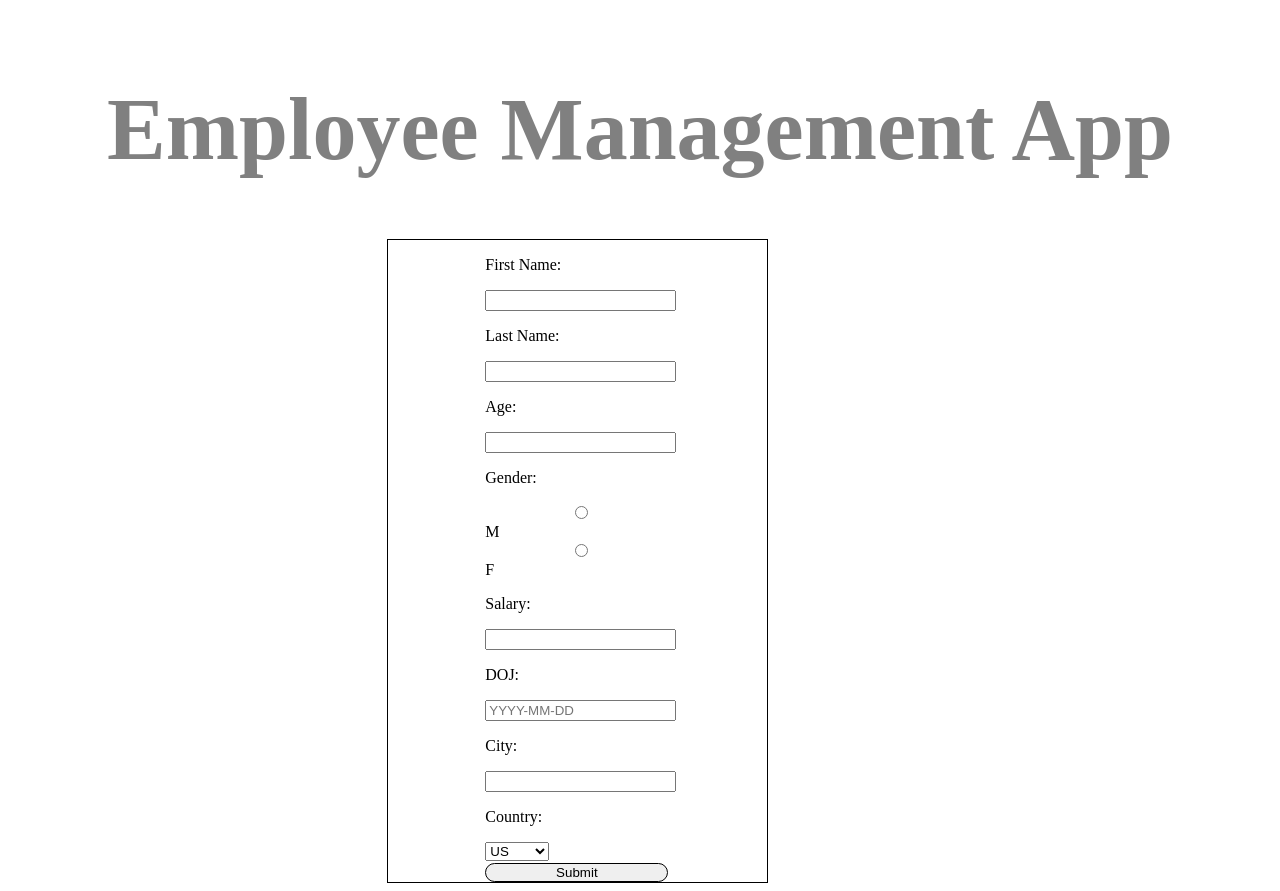
Repository: SaumyaGuptaTechnokrat/Employee_management
Page: http://localhost/Employee/index.jsp
The author's editor kept a copy of each file at every save. The page is drawn from the files as they stood at one save, then again after the next save.
The browser window is 1280 px wide. The pictures show the whole page.
The page is served by Tomcat 9.

Above is the page before, as saved 2023-02-10 17:40:31.

After the next save:
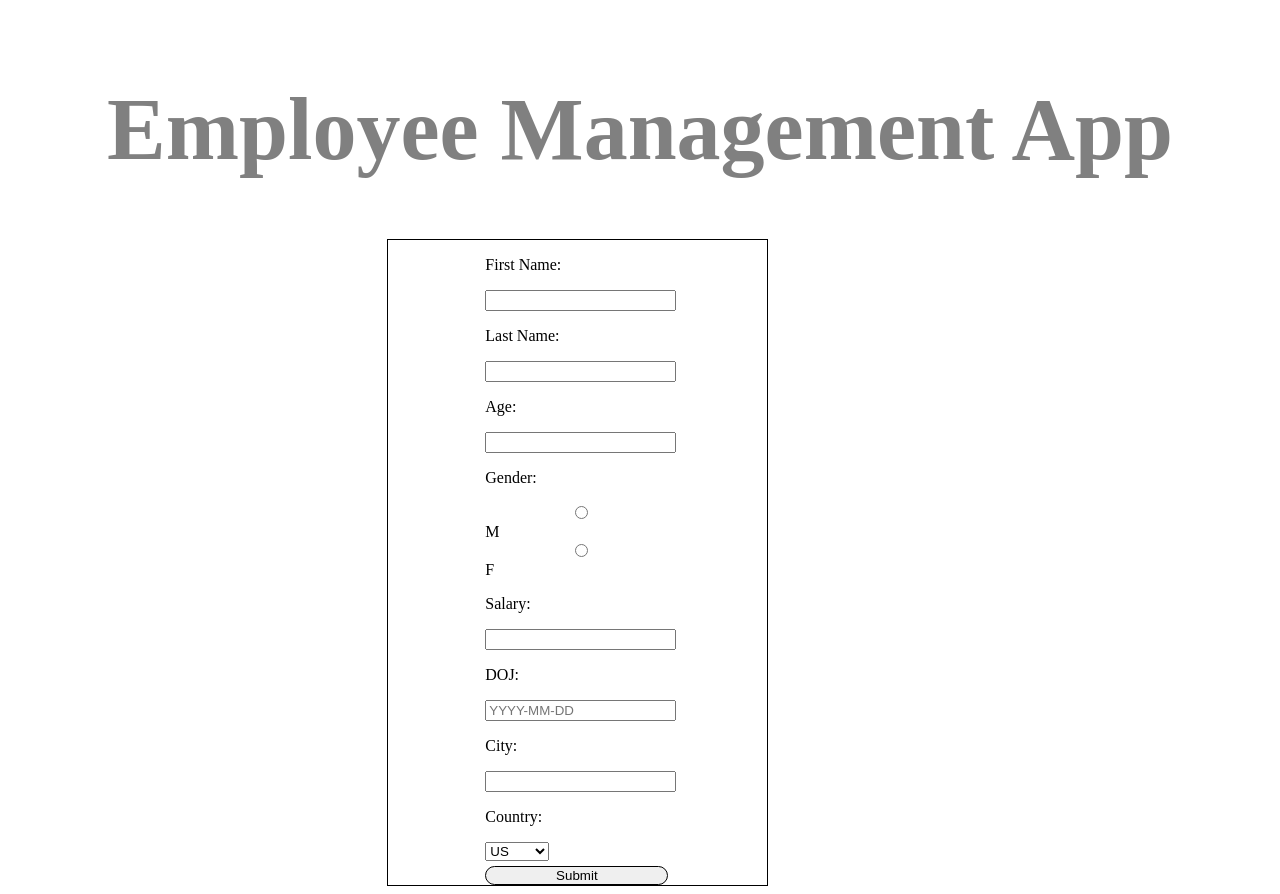
Saved 14 s later.
--- a/Employee/src/main/webapp/Mystyle.css
+++ b/Employee/src/main/webapp/Mystyle.css
@@ -12,7 +12,7 @@ input{
 	width:99%;
 }
 #Submit{
-	margin-top:2px;
+	margin-top:5px;
 	border:1px black solid;
 	border-radius:10px;
 }
